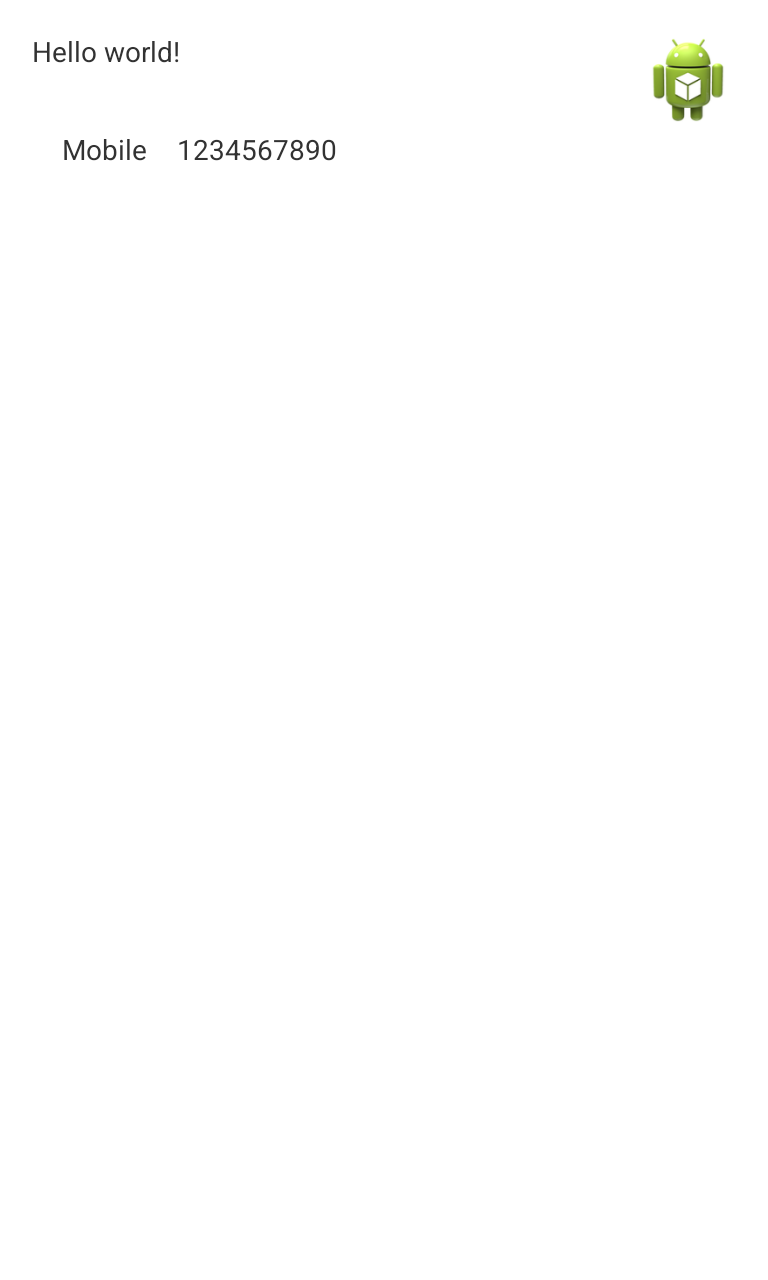
Repository: vamsiampolu/androidworkspace
Layout: MonsterContacts/res/layout/activity_main.xml
These files come from the project's save history. The layout is drawn as it stood at one moment and after the next save; the edit follows.
It is drawn on a 768 x 1280 px phone screen (xhdpi) without system bars, with theme AppTheme; the app's code is not run.

Above is the layout before, as saved 2013-05-23 00:47:50.

### MonsterContacts/res/layout/activity_main.xml
<RelativeLayout xmlns:android="http://schemas.android.com/apk/res/android"
    xmlns:tools="http://schemas.android.com/tools"
    android:layout_width="match_parent"
    android:layout_height="match_parent"
    android:paddingBottom="@dimen/activity_vertical_margin"
    android:paddingLeft="@dimen/activity_horizontal_margin"
    android:paddingRight="@dimen/activity_horizontal_margin"
    android:paddingTop="@dimen/activity_vertical_margin"
    tools:context=".MainActivity" >

    <TextView
        android:id="@+id/text_name"
        android:layout_width="wrap_content"
        android:layout_height="wrap_content"
        android:text="@string/hello_world"
        android:layout_alignParentLeft="true"
        android:alignParentTop="true"
         />

    <ImageView android:id="@+id/img_contact"
        	   android:layout_width="wrap_content"
        	   android:layout_height="wrap_content"
        	   android:layout_alignParentTop="true"
        	   android:layout_alignParentRight="true"
        	   android:layout_marginLeft="10dp"
        	   android:src="@drawable/ic_launcher"
        />


    <TextView
        android:id="@+id/text_mobiletitle"
        android:layout_width="wrap_content"
        android:layout_height="wrap_content"
        android:layout_below="@id/text_name"
        android:layout_alignParentLeft="true"
        android:layout_marginLeft="15dp"
        android:layout_marginTop="30dp"
        android:text="Mobile" />

      <TextView
          android:id="@+id/text_mobile"
          android:layout_width="wrap_content"
          android:layout_height="wrap_content"
          android:layout_toRightOf="@id/text_mobiletitle"
          android:layout_below="@id/text_name"
          android:layout_marginTop="30dp"
          android:layout_marginLeft="15dp"
          android:text="1234567890" />

</RelativeLayout>

### MonsterContacts/res/values/strings.xml
<?xml version="1.0" encoding="utf-8"?>
<resources>

    <string name="app_name">MonsterContacts</string>
    <string name="action_settings">Settings</string>
    <string name="hello_world">Hello world!</string>

</resources>

Loaded but not shown: MonsterContacts/res/values/styles.xml (common file); MonsterContacts/res/values-v11/styles.xml (common file); MonsterContacts/res/values-v14/styles.xml (common file); MonsterContacts/res/values/dimens.xml (common file)

After the next save:
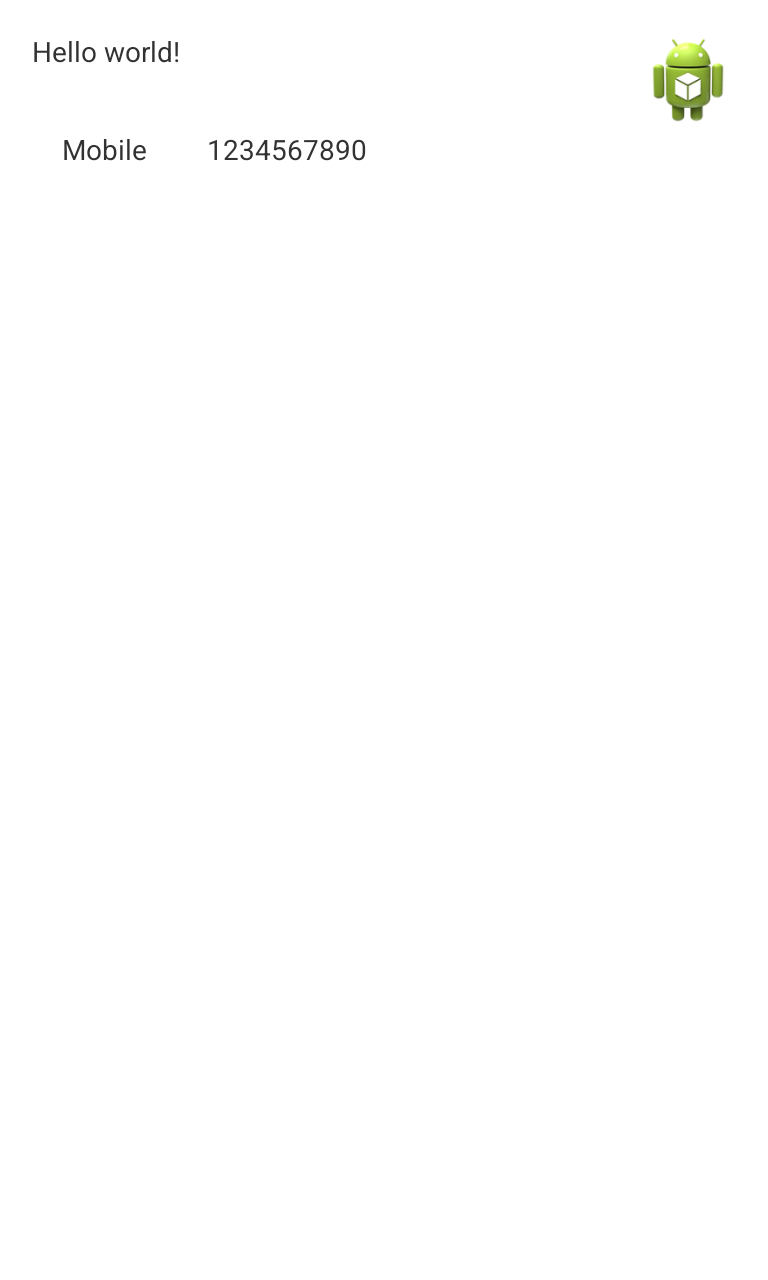
Saved 15 s later.
--- a/MonsterContacts/res/layout/activity_main.xml
+++ b/MonsterContacts/res/layout/activity_main.xml
@@ -44,7 +44,7 @@
           android:layout_toRightOf="@id/text_mobiletitle"
           android:layout_below="@id/text_name"
           android:layout_marginTop="30dp"
-          android:layout_marginLeft="15dp"
+          android:layout_marginLeft="30dp"
           android:text="1234567890" />
 
 </RelativeLayout>
